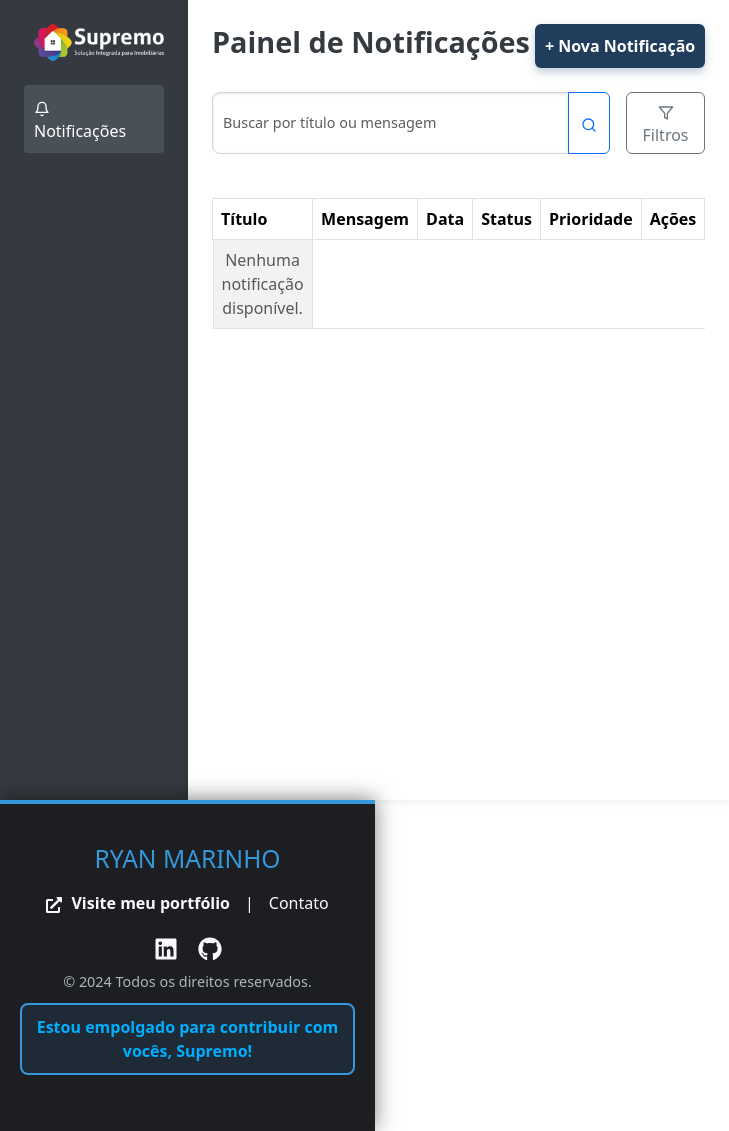
Repository: ryanmarinhodev/Supremo-teste-tecnico
Page: /notifications
These files come from the project's save history. The page is drawn as it stood at one moment and after the next save; the edit follows.
The browser window is 375 px wide. The page is 729 px wide, then 375 px, then 729 px, so the pictures cover 729 px, including what lies to the right of the window. The pictures show the whole page.
The project was rebuilt for these pictures with package versions that can differ from the ones it lists, and the page was loaded fresh each time. Also part of the build but not shown: src/App.css, src/Components/Login/index.jsx.

Above is the page before, as saved 2024-11-07 22:01:31.

After the next save:
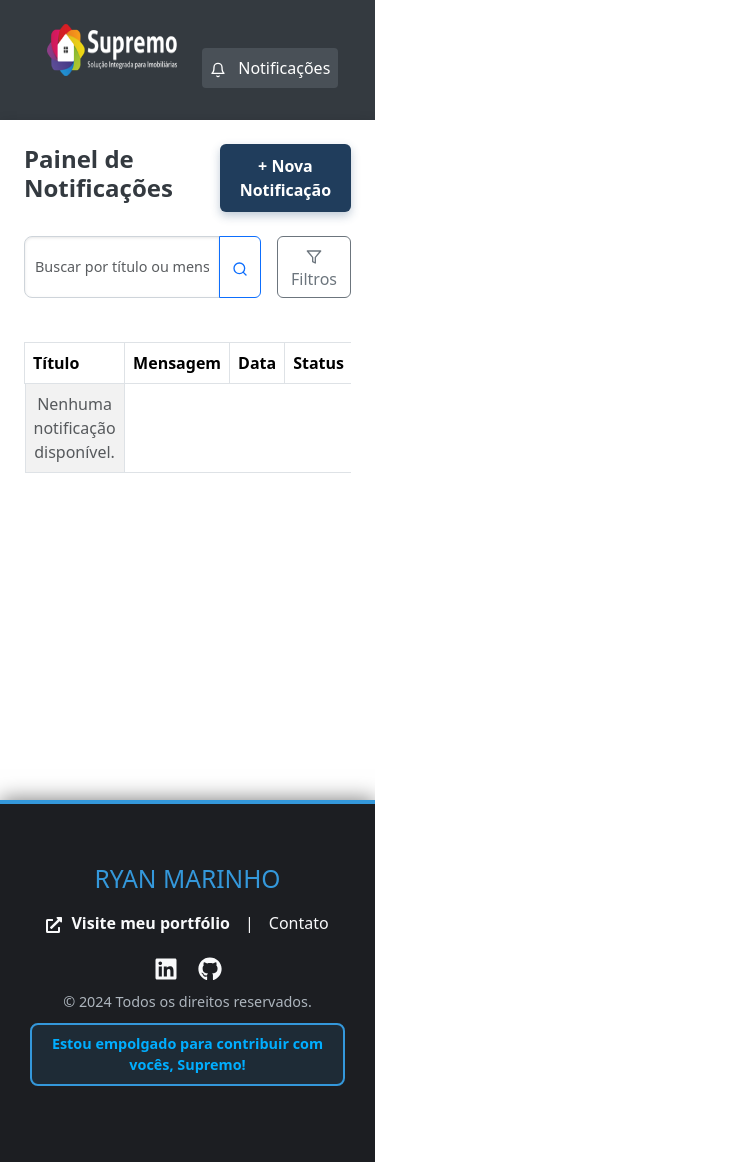
Saved 2 min 5 s later.
--- a/src/Components/Notifications/notification.css
+++ b/src/Components/Notifications/notification.css
@@ -2,6 +2,7 @@
   display: flex;
   min-height: 100vh;
   background-color: #f8f9fa;
+  flex-direction: column; /* Alteração para dispositivos móveis */
 }
 
 .sidebar {
@@ -71,7 +72,6 @@
   width: 100%;
   box-shadow: 0 -1px 20px rgba(0, 0, 0, 0.5);
   border-top: 4px solid #3498db;
-
 }
 
 .footer-content {
@@ -150,3 +150,50 @@
 .footer-note:hover {
   transform: scale(1.05);
 }
+
+/* Responsividade */
+@media (max-width: 768px) {
+  .dashboard-container {
+    flex-direction: column;
+  }
+
+  .sidebar {
+    width: 100%;
+    height: auto;
+    padding: 20px 10px;
+    display: flex;
+    flex-direction: row;
+    justify-content: space-around;
+  }
+
+  .content {
+    padding: 10px 20px;
+  }
+
+  .page-title {
+    font-size: 1.5rem;
+  }
+}
+
+@media (max-width: 480px) {
+  .sidebar h4 {
+    font-size: 1.2rem;
+  }
+
+  .sidebar .nav-link {
+    padding: 8px;
+  }
+
+  .footer-content {
+    padding: 20px 10px;
+  }
+
+  .footer-logo {
+    font-size: 1.5em;
+  }
+
+  .footer-note {
+    font-size: 0.9em;
+    padding: 8px;
+  }
+}

After the save that followed:
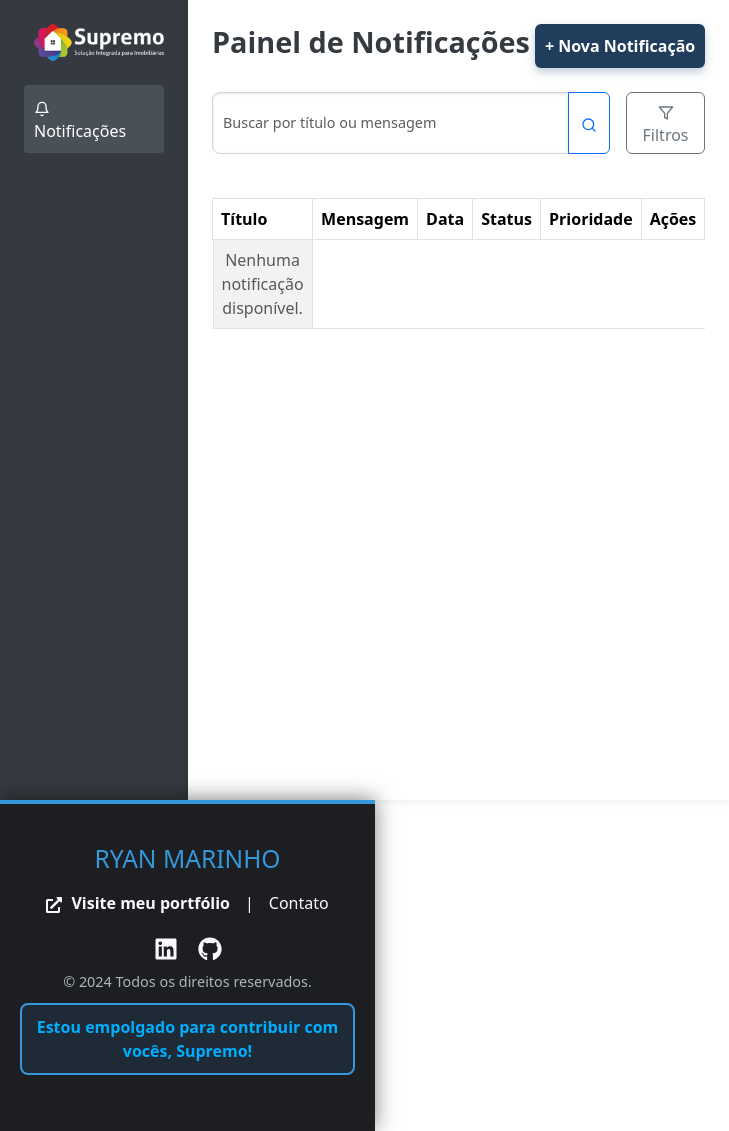
Saved 116 s later.
--- a/src/Components/Notifications/notification.css
+++ b/src/Components/Notifications/notification.css
@@ -2,7 +2,6 @@
   display: flex;
   min-height: 100vh;
   background-color: #f8f9fa;
-  flex-direction: column; /* Alteração para dispositivos móveis */
 }
 
 .sidebar {
@@ -72,6 +71,7 @@
   width: 100%;
   box-shadow: 0 -1px 20px rgba(0, 0, 0, 0.5);
   border-top: 4px solid #3498db;
+
 }
 
 .footer-content {
@@ -150,50 +150,3 @@
 .footer-note:hover {
   transform: scale(1.05);
 }
-
-/* Responsividade */
-@media (max-width: 768px) {
-  .dashboard-container {
-    flex-direction: column;
-  }
-
-  .sidebar {
-    width: 100%;
-    height: auto;
-    padding: 20px 10px;
-    display: flex;
-    flex-direction: row;
-    justify-content: space-around;
-  }
-
-  .content {
-    padding: 10px 20px;
-  }
-
-  .page-title {
-    font-size: 1.5rem;
-  }
-}
-
-@media (max-width: 480px) {
-  .sidebar h4 {
-    font-size: 1.2rem;
-  }
-
-  .sidebar .nav-link {
-    padding: 8px;
-  }
-
-  .footer-content {
-    padding: 20px 10px;
-  }
-
-  .footer-logo {
-    font-size: 1.5em;
-  }
-
-  .footer-note {
-    font-size: 0.9em;
-    padding: 8px;
-  }
-}
